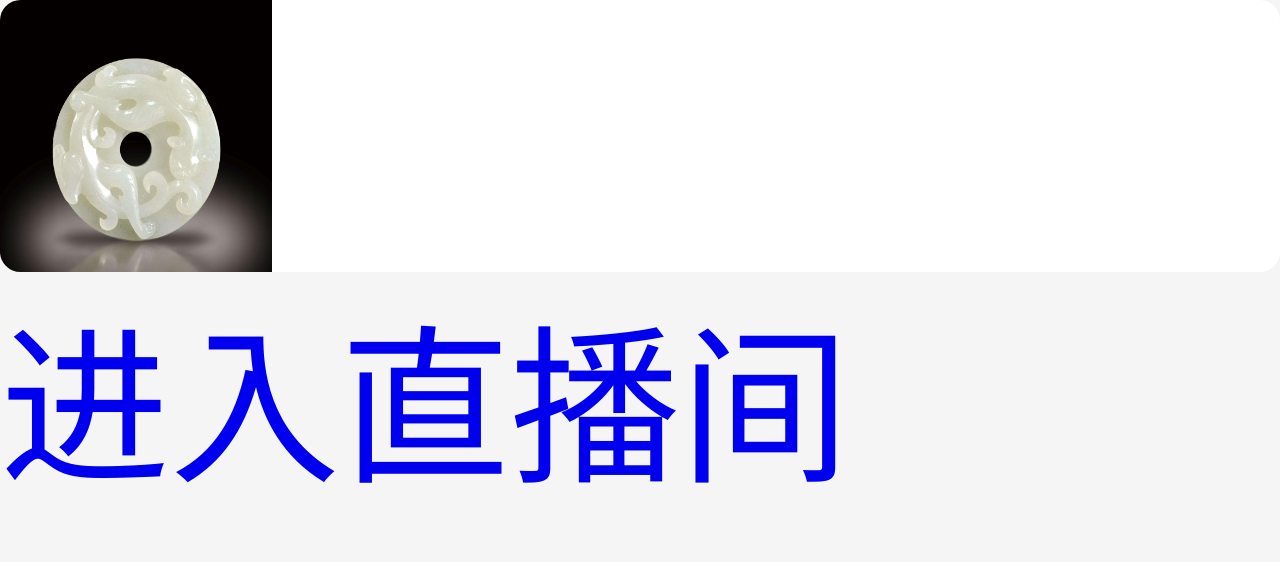
Repository: 1yanglulu/-
Page: html/jadehomepage.html
These files come from the project's save history. The page is drawn as it stood at one moment and after the next save; the edit follows.
The browser window is 1280 px wide. The pictures show the whole page.

Above is the page before, as saved 2020-01-07 15:59:10.

After the next save:
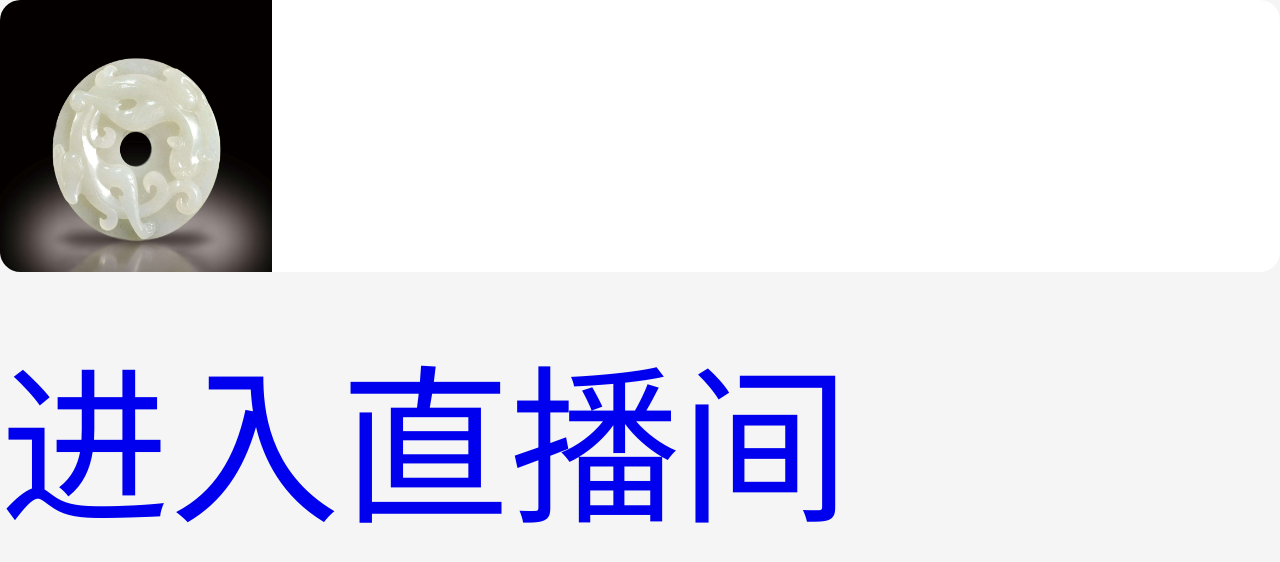
Saved 3 min 3 s later.
--- a/css/jadehomepage.css
+++ b/css/jadehomepage.css
@@ -13,5 +13,6 @@
   border-radius: 0.12rem 0 0 0.12rem;
 }
 .live-con{
-
+  padding:20px;
+  box-sizing: border-box;
 }
